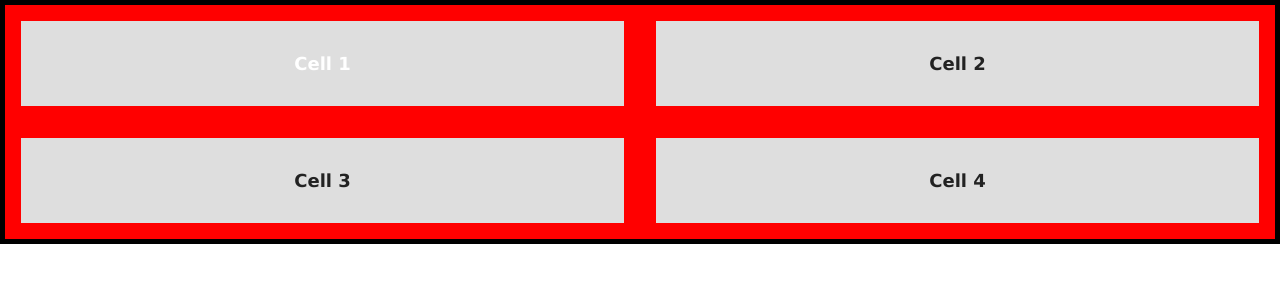
Repository: Ndifoinhilary/css_grid
Page: css-grid-learn/index.html
The author's editor kept a copy of each file at every save. The page is drawn from the files as they stood at one save, then again after the next save.
The browser window is 1280 px wide. The pictures show the whole page.

Above is the page before, as saved 2024-01-24 13:44:49.

### css-grid-learn/index.html
<!DOCTYPE html>
<html lang="en">
<head>
    <meta charset="UTF-8">
    <meta name="viewport" content="width=device-width, initial-scale=1.0">
    <title>Css grid</title>
    <link rel="stylesheet" href="/css-grid-learn/main.css">
</head>
<body>
    <div class="container">
        <div class="cell class-1  ">cell 1</div>
        <div class="cell class-2">cell 2</div>
        <div class="cell class-3">cell 3</div>
        <div class="cell class-4">cell 4</div>
    </div>
</body>
</html>

### css-grid-learn/main.css
*{
    margin: 0;
    padding: 0;
    box-sizing: border-box;
}

body{
    font-family: Verdana, Geneva, Tahoma, sans-serif;
    color: #222;
}

.container{
    border: 5px solid black;
}

.cell{
    background: #dedede;
    text-transform: capitalize;
    text-align: center;
    font-weight: bold;
    padding: 2rem;
    font-size: large;
    border:1rem solid red;
}

.container{
    display: grid;
    grid-template-columns:1fr 1fr;
}


.class-1{
    color: white;
}

After the next save:
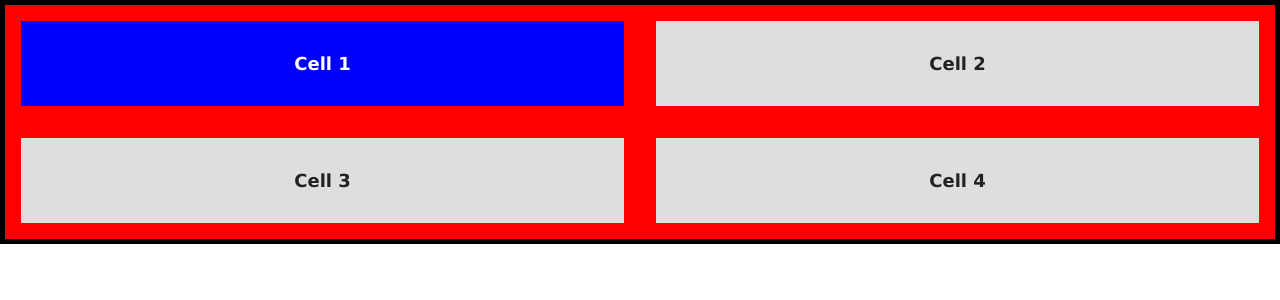
Saved 8 s later.
--- a/css-grid-learn/main.css
+++ b/css-grid-learn/main.css
@@ -31,4 +31,5 @@ body{
 
 .class-1{
     color: white;
+    background: blue;
 }
